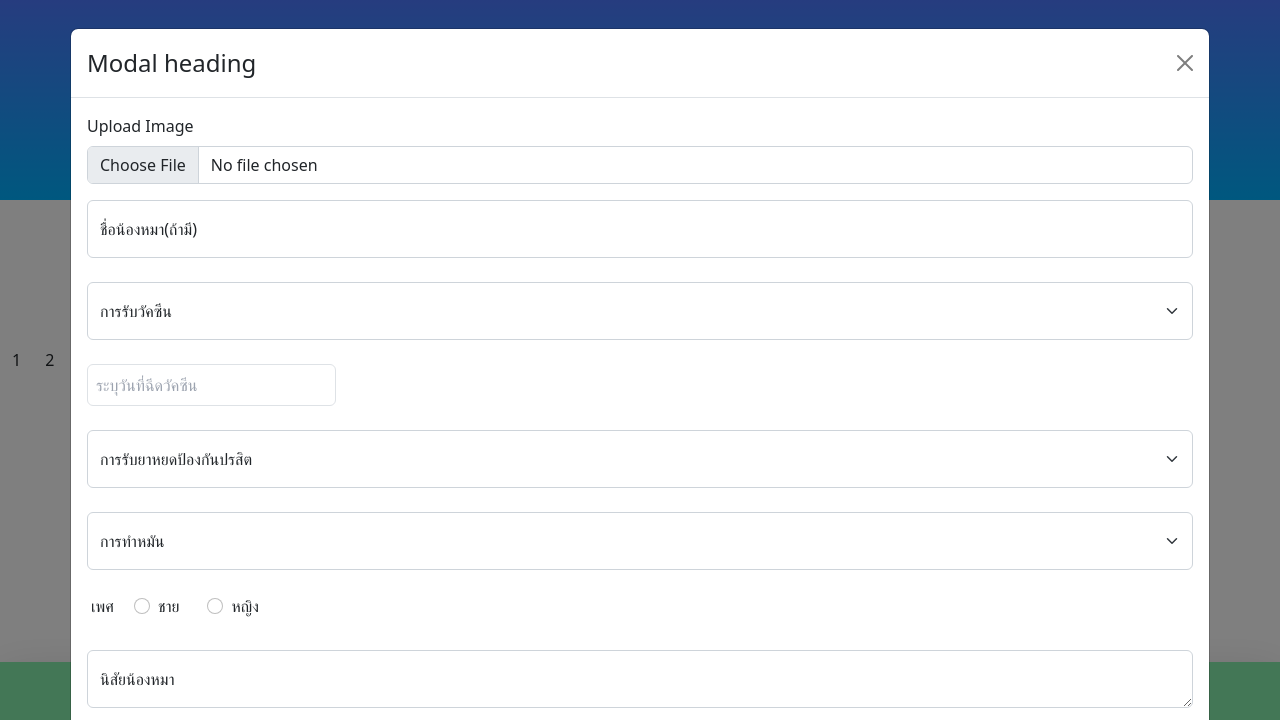
Repository: NNCZ12/nongmah_project_27-12-22
Page: /profile (app in frontend/), after clicking the first element matching `button.bottom-0`
These files come from the project's save history. The page is drawn as it stood at one moment and after the next save; the edit follows.
The browser window is 1280 px wide. The pictures show the whole page.
An inner scrolling area shows only its first screen. Some web fonts or font styles are not loaded; a fallback is used. The project was rebuilt for these pictures with package versions that can differ from the ones it lists, and the page was loaded fresh each time. Also part of the build but not shown: frontend/vite.config.js, frontend/src/pages/Welcome.jsx.

Above is the page before, as saved 2022-12-29 09:45:51.

After the next save:
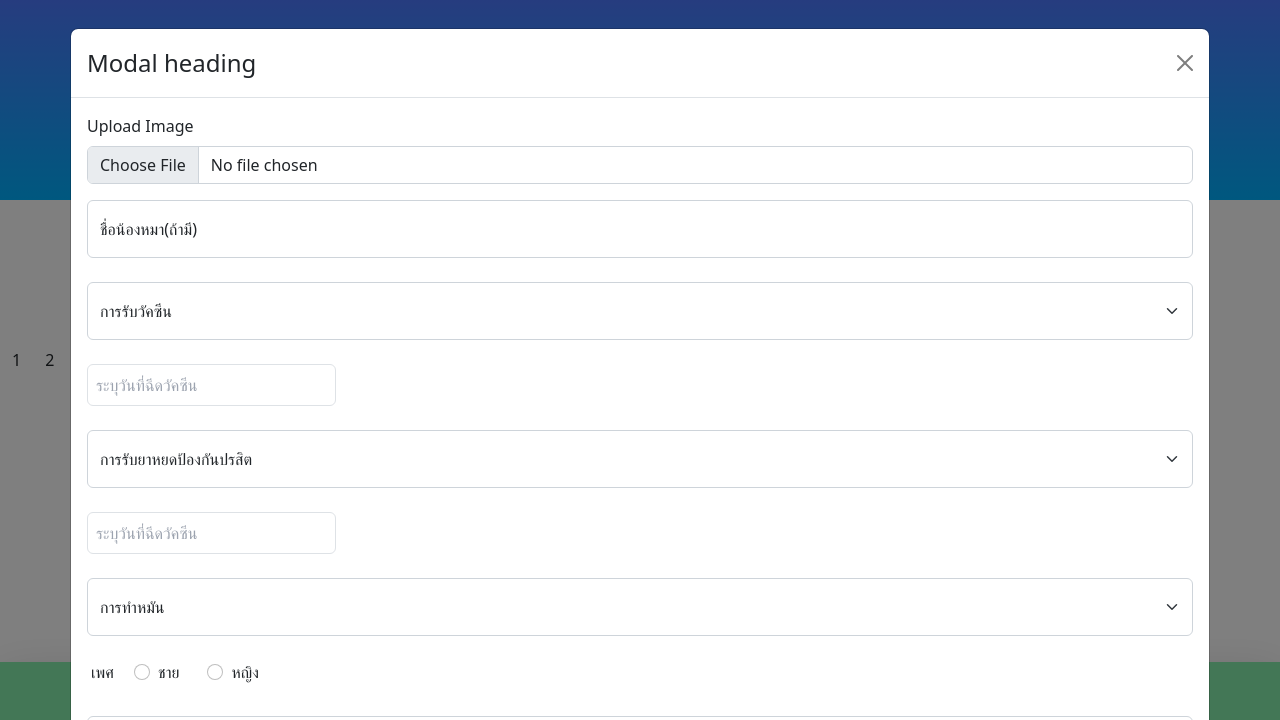
Saved 25 s later.
--- a/frontend/src/components/ProfileForm.jsx
+++ b/frontend/src/components/ProfileForm.jsx
@@ -61,6 +61,16 @@ function ProfileForm() {
         </Form.Select>
       </Form.Group>
       <br />
+      {/* Vaccine Date  */}
+      <Form.Group>
+      <DatePicker
+        dateFormat="dd/MM/yyyy"
+        selected={selectVaccineDate}
+        onChange={(date) => setSelectVaccineDate(date)}
+        placeholderText="ระบุวันที่ฉีดวัคซีน"
+        className="bg-white border text-black p-2 w-full rounded-md"
+      />
+    </Form.Group> <br />
       {/* Neuter  */}
       <Form.Group>
         <Form.Select aria-label="Default select example" className="py-3">
